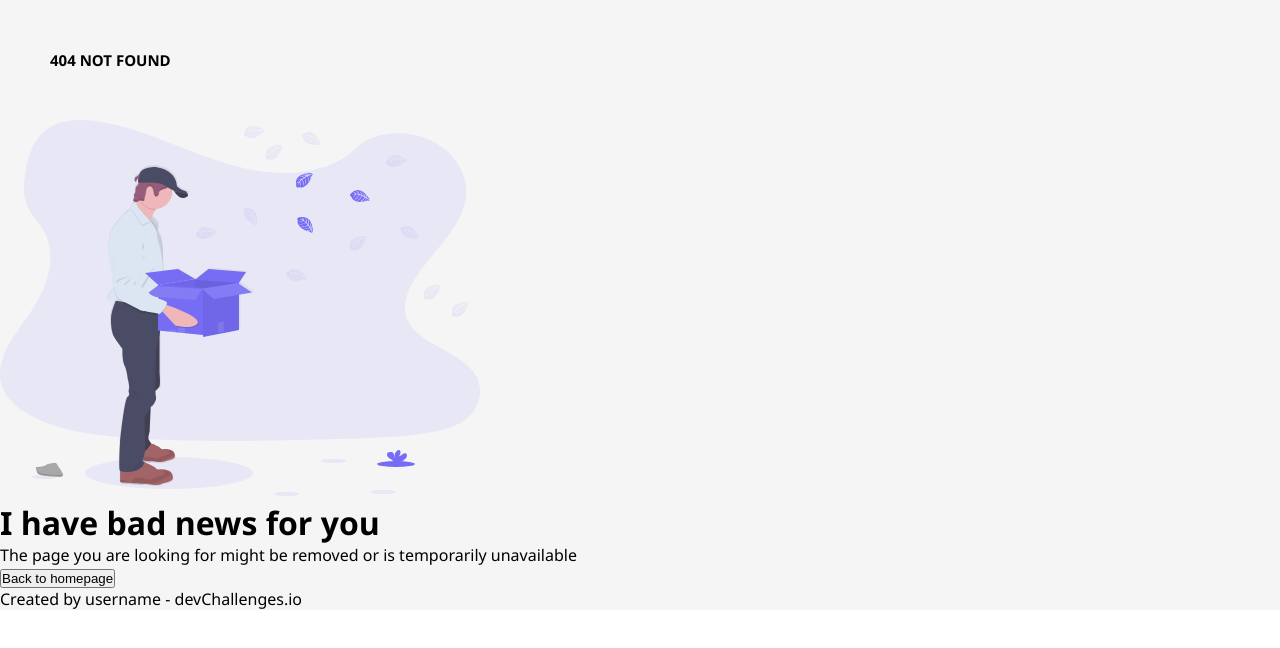
Repository: georgisenze/404-not-found-challeng
Page: index.html
The author's editor kept a copy of each file at every save. The page is drawn from the files as they stood at one save, then again after a run of saves.
The browser window is 1280 px wide. The pictures show the whole page.

Above is the page before, as saved 2023-02-21 06:20:45.

### index.html
<!DOCTYPE html>
<html lang="en">
<head>
    <meta charset="UTF-8">
    <meta http-equiv="X-UA-Compatible" content="IE=edge">
    <meta name="viewport" content="width=device-width, initial-scale=1.0">
    <title>404 page not found</title>
    <link rel="stylesheet" href="assets/css/style.css">
    <link
      href="https://fonts.googleapis.com/css2?family=Poppins:wght@400;500&display=swap"
      rel="stylesheet"
    />
</head>
<body>
    <div class="main">
        <header>
            <p>404 not found</p>
        </header>

        <div class="container">
            <div class="row">
                <div class="col-6">
                    <img src="assets/img/404-illustration.svg" alt="">
                </div>
                <div class="col-6">
                    <div class="col-2">
                        <h1>I have bad news for  you</h1>
                    </div>
                    <div class="col-2">
                        <p>The page you are looking for might be removed or is temporarily unavailable</p>
                    </div>
                    <div class="col-2">
                        <button>Back to homepage</button>
                    </div>
                </div>
            </div>
        </div>

        <footer>
            <p>Created by <span>username</span> - devChallenges.io </p>
        </footer>

    </div>
</body>
</html>

### assets/css/style.css
*{
    margin: 0;
    padding: 0;
}

body{
    font-family: 'Segoe UI', Tahoma, Geneva, Verdana, sans-serif;
}

.main {
    background-color: whitesmoke;
}

header p {
    text-transform: uppercase;
    font-weight: bold;
    font-size: 15px;
    padding: 50px;
}

After the next 2 saves:
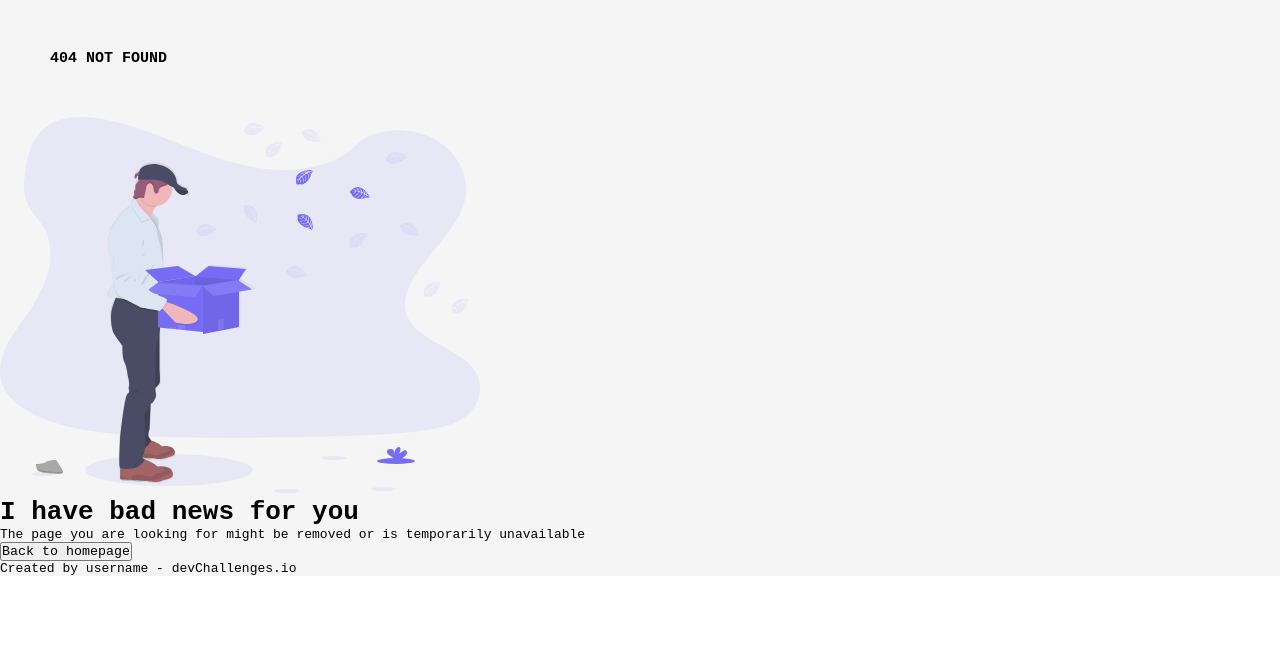
The 2 saves are shown as one change because they came seconds apart.
The last was saved 79 s later.
--- a/assets/css/style.css
+++ b/assets/css/style.css
@@ -1,6 +1,7 @@
 *{
     margin: 0;
     padding: 0;
+    font-family: monospace;
 }
 
 body{
